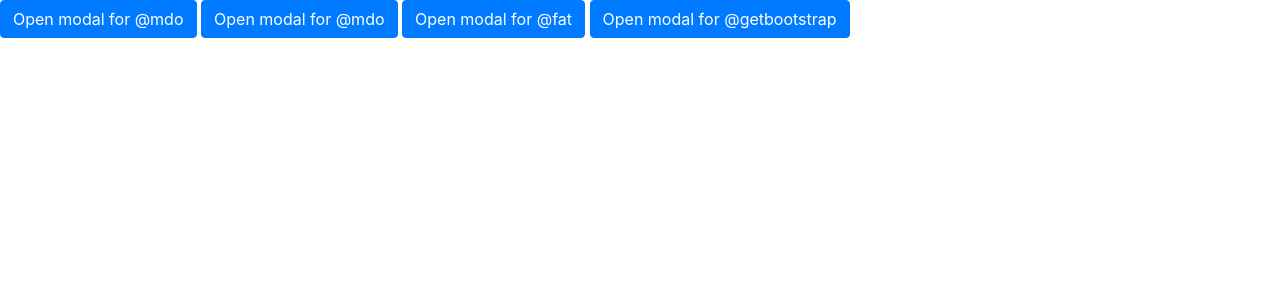
Repository: VictorFlay/Aplicacao-WEB
Page: http://localhost/ProjetoWeb/passagens.jsp
These files come from the project's save history. The page is drawn as it stood at one moment and after the next save; the edit follows.
The browser window is 1280 px wide. The pictures show the whole page.
Some web libraries are served in a nearby version. The page is served by Tomcat 9. Other server files are loaded and not shown.

Above is the page before, as saved 2021-07-04 20:49:24.

### ProjetoWeb/WebContent/passagens.jsp
<%@page import="model.Passagem"%>
<%@ page language="java" contentType="text/html; charset=ISO-8859-1"
    pageEncoding="ISO-8859-1"%>
<!DOCTYPE html>
<html>
<head>

<!-- Bootstrap CSS -->
    <link rel="stylesheet" href="https://maxcdn.bootstrapcdn.com/bootstrap/4.0.0/css/bootstrap.min.css" integrity="sha384-Gn5384xqQ1aoWXA+058RXPxPg6fy4IWvTNh0E263XmFcJlSAwiGgFAW/dAiS6JXm" crossorigin="anonymous">
<meta charset="ISO-8859-1">
<title>Insert title here</title>
</head>
<body>
	<link rel="stylesheet" type="text/css" href="css/design.css">
 	<script src="https://code.jquery.com/jquery-3.2.1.slim.min.js" integrity="sha384-KJ3o2DKtIkvYIK3UENzmM7KCkRr/rE9/Qpg6aAZGJwFDMVNA/GpGFF93hXpG5KkN" crossorigin="anonymous"></script>
    <script src="https://cdnjs.cloudflare.com/ajax/libs/popper.js/1.12.9/umd/popper.min.js" integrity="sha384-ApNbgh9B+Y1QKtv3Rn7W3mgPxhU9K/ScQsAP7hUibX39j7fakFPskvXusvfa0b4Q" crossorigin="anonymous"></script>
    <script src="https://maxcdn.bootstrapcdn.com/bootstrap/4.0.0/js/bootstrap.min.js" integrity="sha384-JZR6Spejh4U02d8jOt6vLEHfe/JQGiRRSQQxSfFWpi1MquVdAyjUar5+76PVCmYl" crossorigin="anonymous"></script>
    <meta name="viewport" content="width=device-width, initial-scale=1, shrink-to-fit=no">


	<button type="button" class="btn btn-primary" data-bs-toggle="modal" data-bs-target="#exampleModal" data-bs-whatever="@mdo">Open modal for @mdo</button>


<button type="button" class="btn btn-primary" data-toggle="modal" data-target="#exampleModal" data-whatever="@mdo">Open modal for @mdo</button>
<button type="button" class="btn btn-primary" data-toggle="modal" data-target="#exampleModal" data-whatever="@fat">Open modal for @fat</button>
<button type="button" class="btn btn-primary" data-toggle="modal" data-target="#exampleModal" data-whatever="@getbootstrap">Open modal for @getbootstrap</button>

<div class="modal fade" id="exampleModal" tabindex="-1" role="dialog" aria-labelledby="exampleModalLabel" aria-hidden="true">
  <div class="modal-dialog" role="document">
    <div class="modal-content">
      <div class="modal-header">
        <h5 class="modal-title" id="exampleModalLabel">New message</h5>
        <button type="button" class="close" data-dismiss="modal" aria-label="Close">
          <span aria-hidden="true">&times;</span>
        </button>
      </div>
      <div class="modal-body">
        <form>
          <div class="form-group">
            <label for="recipient-name" class="col-form-label">Recipient:</label>
            <input type="text" class="form-control" id="recipient-name">
          </div>
          <div class="form-group">
            <label for="message-text" class="col-form-label">Message:</label>
            <textarea class="form-control" id="message-text"></textarea>
          </div>
        </form>
      </div>
      <div class="modal-footer">
        <button type="button" class="btn btn-secondary" data-dismiss="modal">Close</button>
        <button type="button" class="btn btn-primary">Send message</button>
      </div>
    </div>
  </div>
</div>

</body>
</html>

### ProjetoWeb/WebContent/css/design.css
.form-group {
    margin-right: -10px;
}

#errobusca{
	display: none;
	color: white;
    z-index: 0;
    font-size: 18px;
    font-weight: bold;
}



#barra{
    width: 200px;
    height: 50px;
    border: 1px solid;
    border-radius: 15px;
    position: absolute;
    z-index: 0;
    background-color: white;
    opacity: 0.19;
    font-weight: bold;
    top: 0px;
}

#errologin{
	display:none;
}

.buscarloca{
	position: relative;
	widht: 100%;
	align-items: stretch;
    height: 200px;
    border: 1px solid;
    border-radius: 15px;
    z-index: 1;
    background-color: white;
    font-weight: bold;
    top: 0px;
   	visibility: hidden;
}

.buscarclasse{
	position: relative;
	widht: 100%;
	align-items: stretch;
    height: 70px;
    border: 1px solid;
    border-radius: 15px;
    background-color: white;
    font-weight: bold;
   	visibility: hidden;
}

.classe{
    width: 300px;
    height: 60px;
    border: 1px solid;
    border-radius: 15px;
    z-index: 0;
    background-color: white;
    background: rgba(0, 0, 0, 0.19);
    font-weight: bold;
    top: 0px;
}

#erro{
	display:none;
	}


#origem{
    width: 200px;
    height: 50px;
    border: 1px solid;
    border-radius: 15px;
    z-index: 0;
    background-color: white;
    background: rgba(0, 0, 0, 0.19);
    font-weight: bold;
    top: 0px;

}

.buscarlocalizacao{
	position: relative;
	display: flex;
    width: 300px;
    height: 60px;
    border: 1px solid;
    border-radius: 15px;
    background-color: white;
    background: rgba(0, 0, 0, 0.19);
    font-weight: bold;
    top: 0px;


}


.buscarlinha{
	width: 100px;
    height: 60px;
    border: 1px solid;
    border-radius: 15px;
    z-index: 0;
    background-color: white;
    background: rgba(0, 0, 0, 0.19);
    font-weight: bold;
    top: 0px;
}


#destino{
    width: 200px;
    height: 50px;
    border: 1px solid;
    border-radius: 15px;
    z-index: 0;
    background-color: white;
    background: rgba(0, 0, 0, 0.19);
    font-weight: bold;
    top: 0px;

}

#calendario{
    width: 200px;
    height: 50px;
    border: 1px solid;
    border-radius: 15px;
    z-index: 0;
    background-color: white;
    background: rgba(0, 0, 0, 0.19);
    font-weight: bold;
    top: 0px;

}

#iconecalendario{
    top: 12px;
    position: absolute;
}

#passageiro{
    width: 250px;
    height: 50px;
    border: 1px solid;
    border-radius: 15px;
    z-index: 0;
    background-color: white;
    background: rgba(0, 0, 0, 0.19);
    font-weight: bold;
    top: 0px;
}

#mensagem{
    color: rgb(2, 35, 2);
    z-index: 3;
    font-weight: bold;
    font-size: 30px;
    white-space: nowrap;
}

#mensagem2{
    color: white;

    z-index: 3;
    font-weight: bold;
    font-size: 20px;
    left: 10px;
    top: 3px;
    display: block;
    opacity: 1;
}

#radios{
    color: white;
    font-size: 17px;
    font-weight: bold;
    white-space: nowrap;
}

#radio1{
    width: 20px;
    height: 20px;
    color: green;
}


#corpo{
    position: absolute;
    top: 325px;
}

#corpo2{
	position: relative;
	top: 580px;

}


#barrapassageiro2{
    width: 300px;
    height: 350px;
    left: 695px;
    border: 1px solid;
    border-radius: 15px;
    position: absolute;
    z-index: 0;
    background-color: white;
    top: 0px;
    font-weight: bold;
}

.quartabarra{
    cursor: pointer;
}



.barrapassageiroescondido{
    z-index: 3;
    user-select:none;
    top: 0px;
}

.perfil{
	width: 50px;
	height: 50px;
}

#txt{
    position: absolute;
    z-index: 1;
}


#aviao{
    left: 190px;
    top:5px;
    position: absolute;
    z-index: 1;
}



.aeroporto{
	display: flex;
    width: 300px;
    height: 60px;
    border: 1px solid;
    border-radius: 15px;
    z-index: 0;
    background-color: white;
    background: rgba(0, 0, 0, 0.19);
    font-weight: bold;
    top: 0px;

}

.buscar{
    width: 120px;
    height: 50px;
    left: 975px;

    border-color: grey;
    border-radius: 10px;
    position: absolute;
    z-index: 3;
    background-color: #30503A;
    top: 0px;
}

.buscarvoo{
    color: white;
    position: absolute;

    z-index: 1;
    font-weight: bold;
    font-size: 15px;
    left: 20px;
    top: 16px;
}

* {
    margin: 0;
    padding: 0;
    border: 0;
    outline: none;
    list-style: none;
    text-decoration: none;
    font-family: segoe ui, helvetica neue, helvetica, arial, sans-serif;
    line-height: 1;
  }

  body {
    font-size: 16px;
  }




.jss1{
    color: white;
    position: absolute;
    z-index: 3;
    font-weight: bold;
    font-size: 20px;
    left: 10px;
    top: 3px;
    display: block;
    opacity: 1;
}

.jss2{
    color: white;
    position: absolute;
    z-index: 1000;
    font-size: 13px;
    left: 10px;
    top: 30px;
    opacity: 0.70;
    white-space: nowrap;
}

.jss3{
    color: white;
    position: absolute;
    z-index: 1;
    font-weight: bold;
    font-size: 20px;
    top: 3px;
}

.jss4{
    color: white;
    position: absolute;
    z-index: 1;
    font-size: 13px;
    top: 30px;
    opacity: 0.70;
}

.jss5{
    color: white;
    position: absolute;
    z-index: 1;
    font-size: 13px;
    left: 60px;
    top: 18px;
    opacity: 0.70;
}

.jss6{
    color: white;
    position: absolute;
    z-index: 1;
    font-size: 13px;
    left: 60px;
    top: 18px;
    opacity: 0.70;
}

.jss7{
    color: black;
    position: absolute;
    z-index: 1;
    font-size: 13px;
    left: 740px;
    top: 18px;

}

hr.jss8{
    border-top: 1px solid grey;
    position: absolute;
    z-index: 1;
    width: 240px;
    top: 31px;
    left: 725px;
}

hr.jss14{
    border-top: 1px solid grey;
    position: absolute;
    z-index: 1;
    width: 240px;
    top: 180px;
    left: 725px;
}

.jss9{
    color: black;
    position: absolute;
    z-index: 1;
    font-size: 11px;
    left: 710px;
    top: 60px;
    font-weight: bold;
}

.jss10{
    color: black;
    position: absolute;
    z-index: 1;
    font-size: 20px;
    left: 710px;
    top: 80px;
    font-weight: bold;
}

.jss11{
    color: black;
    position: absolute;
    z-index: 1;
    font-size: 15px;
    left: 710px;
    top: 105px;

}

.jss12{
    color: black;
    position: absolute;
    z-index: 1;
    font-size: 20px;
    left: 710px;
    top: 140px;
    font-weight: bold;
}

.jss13{
    color: black;
    position: absolute;
    z-index: 1;
    font-size: 15px;
    left: 710px;
    top: 165px;
}

.jss15{
    color: black;
    position: absolute;
    z-index: 1;
    font-size: 11px;
    left: 710px;
    top: 210px;
    font-weight: bold;
}

.jss16{
    width: 125px;
    height: 50px;
    background-color: cornflowerblue;
    position: absolute;
    left: 710px;
    top: 235px;
    border-radius: 10px;
    color: black;
    border: 1px solid;
    border-color: grey;
    -webkit-box-sizing: border-box;
    -moz-box-sizing: border-box;
    box-sizing: border-box;
    -webkit-appearance: none;
    -moz-appearance: none;
    appearance: none;
    cursor: pointer;
}



.jss17{
    width: 125px;
    height: 50px;
    position: absolute;
    left: 855px;
    top: 235px;
    border-radius: 10px;
    color: black;
    border: 1px solid;
    border-color: grey;
    -webkit-box-sizing: border-box;
    -moz-box-sizing: border-box;
    box-sizing: border-box;
    -webkit-appearance: none;
    -moz-appearance: none;
    appearance: none;
    cursor: pointer;

}

.jss18{
    color: black;
    position: absolute;
    z-index: 2;
    font-size: 12px;
    left: 722px;
    top: 253px;
    font-weight: bold;
    cursor: pointer;
    user-select:none;
}

.jss19{
    color: black;
    position: absolute;
    z-index: 2;
    font-size: 12px;
    left: 872px;
    top: 253px;
    font-weight: bold;
    cursor: pointer;
    user-select:none;
}

.jss20{
    color: grey;
    position: absolute;
    z-index: 2;
    font-size: 15px;
    left: 810px;
    top: 300px;
    font-weight: bold;

}

.jss21{
    left: 880px;
    top: 85px;
    font-weight: bold;
    position: absolute;

}

.jss22{
    left: 941px;
    top: 85px;
    font-weight: bold;
    position: absolute;
    cursor: pointer;
}

.jss23{
    left: 919px;
    top: 86px;
    position: absolute;
    font-size: 25px;
    font-weight: bold;
    font-family: arial;
    color:black;
    width: 15px;
    user-select:none;
}

.jss25{
    left: 880px;
    top: 145px;
    font-weight: bold;
    position: absolute;
}

.jss26{
    left: 941px;
    top: 145px;
    font-weight: bold;
    position: absolute;
}



.jss28{
    left: 919px;
    top: 146px;
    position: absolute;
    font-size: 25px;
    font-weight: bold;
    font-family: arial;
    color:black;
    width: 15px;
    user-select:none;
}

.jss29{
    color: white;
    font-size: 17px;
    font-weight: bold;
    white-space: nowrap;
}


.jss30{
    color: white;
    position: absolute;
    z-index: 3;
    font-weight: bold;
    font-size: 22px;
    left: 10px;
    top: 3px;
    display: block;
    opacity: 1;
    white-space: nowrap;
}

.jss31{
    color: white;
    position: absolute;
    z-index: 1000;
    font-size: 15px;
    left: 10px;
    top: 30px;
    opacity: 0.70;
    white-space: nowrap;
}

.jss32{
	color: black;
    z-index: 2;
    font-size: 22px;
    opacity: 1;
    white-space: nowrap;
    position: relative;
}

.jss33{
    color: white;
    position: absolute;
    z-index: 1000;
    font-size: 15px;
    left: 10px;
    top: 30px;
    opacity: 0.70;
    white-space: nowrap;
}

.jss35{
	color: white;
    position: absolute;
    z-index: 1000;
    font-size: 15px;
    left: 10px;
    top: 30px;
    opacity: 0.70;
    white-space: nowrap;
}





#aumentardiminuir{
    top: 600px;

    width: 10px;
    height: 10px;
    position: absolute;
    left: 100px;
}

#testar{
	position: absolute;
}

.corpo{
	width: 1366px;
	height: 900px;
	border: 1px solid;
	position: relative;
	top: 300px;
}


.container{
    margin: 0 auto;
}

#logo{
    width: 100%;
}






.msg{
    color: rgb(2, 35, 2);
    z-index: 3;
    font-weight: bold;
    font-size: 30px;
}


#imagem{
    position: absolute;
    width: 1366px;
}

#aviaofundo{
	position: absolute;
	height: 350px;
	widht: 100%;
}

#aviaopequeno{
	width: 50px;
	height: 50px;
}

.card-img-top {
    width: 100%;
    height: 15vw;
    object-fit: cover;
}

@media only screen and (max-width: 1366px) and (min-width: 769px){
	.dr{
	left: 140px;
	}
}

@media only screen and (max-width: 991px) and (min-width: 540px){
	.dr{
	left: 90px;
	}

	#aviaofundo{
		position: absolute;
		height: 350px;
		width: 100%;
	}

	#imagem{
		position: absolute;
		height: 300px;
		width: 100%;
	}


}

#card{
	border-radius: 13px;
	border-color: grey;
	widht: 18rem;
}

#titulo{
	top: 100px;
}


#menuadm{
	position: absolute;
	width: 1366px;
	height: 225px;
	image-rendering: auto;
  	image-rendering: crisp-edges;
  	image-rendering: pixelated;
  	opacity: 0.6;
}

#historico{
	position: absolute;
	width: 1366px;
	height: 200px;
	image-rendering: auto;
  	image-rendering: crisp-edges;
  	image-rendering: pixelated;
}


.bloco{
	widht: 50px;
	height: 50px;
}

After the next save:
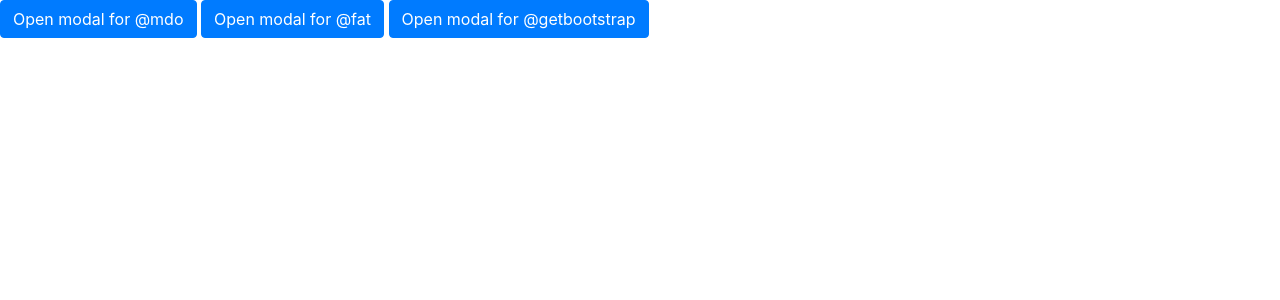
Saved 23 s later.
--- a/ProjetoWeb/WebContent/passagens.jsp
+++ b/ProjetoWeb/WebContent/passagens.jsp
@@ -16,10 +16,6 @@
     <script src="https://cdnjs.cloudflare.com/ajax/libs/popper.js/1.12.9/umd/popper.min.js" integrity="sha384-ApNbgh9B+Y1QKtv3Rn7W3mgPxhU9K/ScQsAP7hUibX39j7fakFPskvXusvfa0b4Q" crossorigin="anonymous"></script>
     <script src="https://maxcdn.bootstrapcdn.com/bootstrap/4.0.0/js/bootstrap.min.js" integrity="sha384-JZR6Spejh4U02d8jOt6vLEHfe/JQGiRRSQQxSfFWpi1MquVdAyjUar5+76PVCmYl" crossorigin="anonymous"></script>
     <meta name="viewport" content="width=device-width, initial-scale=1, shrink-to-fit=no">
-
-
-	<button type="button" class="btn btn-primary" data-bs-toggle="modal" data-bs-target="#exampleModal" data-bs-whatever="@mdo">Open modal for @mdo</button>
-
 
 <button type="button" class="btn btn-primary" data-toggle="modal" data-target="#exampleModal" data-whatever="@mdo">Open modal for @mdo</button>
 <button type="button" class="btn btn-primary" data-toggle="modal" data-target="#exampleModal" data-whatever="@fat">Open modal for @fat</button>
